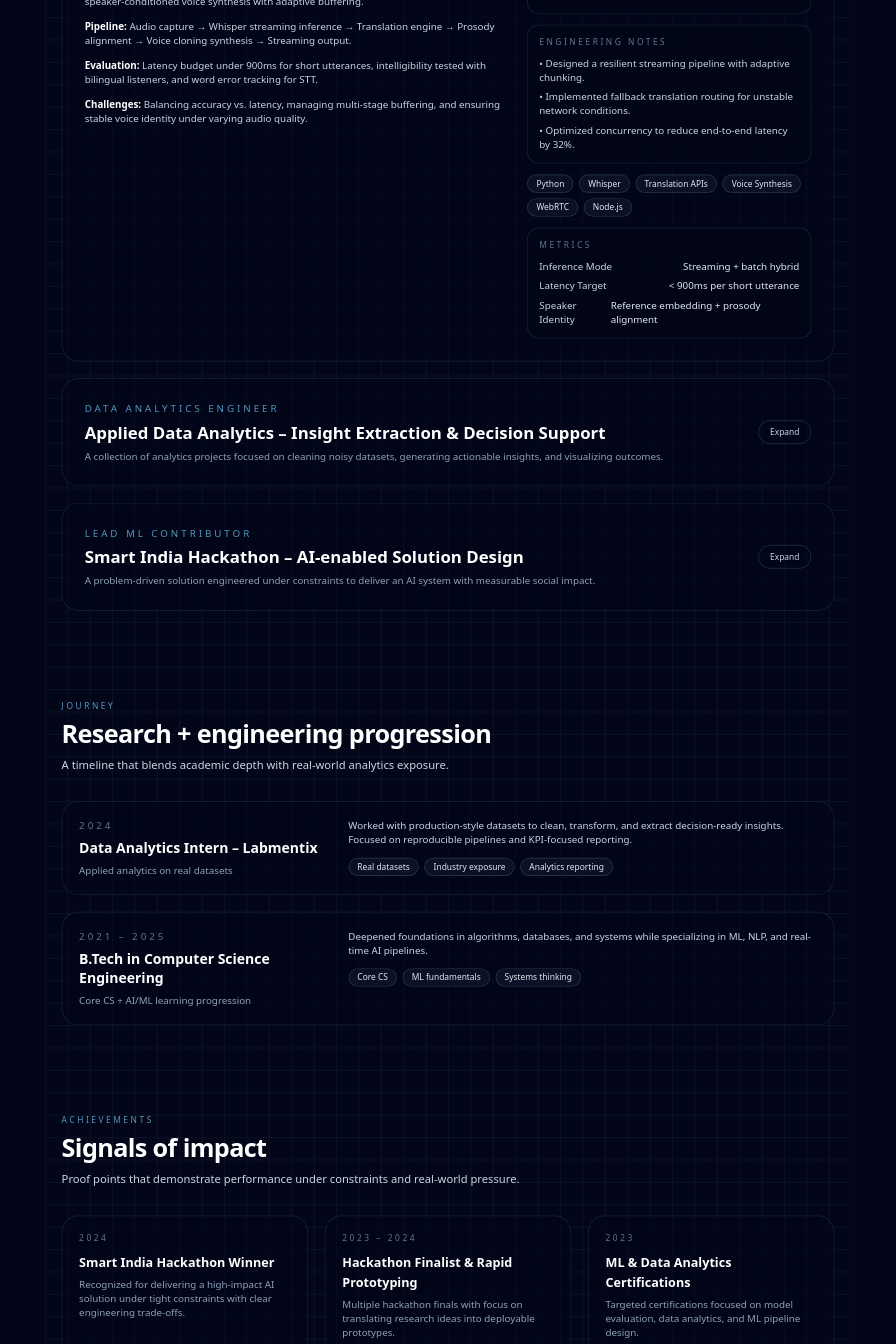
Repository: amitkumar0509/amit-portfolio
Page: /
These files come from the project's save history. The page is drawn as it stood at one moment and after the next save; the edit follows.
The browser window is 1280 px wide. The pictures show the part of the page from y = 3468 to 5388 px (the page is 7488 px tall before and 7618 px after), at 70% of full size.
The page's requests for data from a server got no answer. The project was rebuilt for these pictures with package versions that can differ from the ones it lists, and the page was loaded fresh each time. The framework's server and built-in components were replaced by stand-ins that run in the browser. No one was signed in, and anything a server would have sent is missing. Also part of the build but not shown: next.config.ts.

Above is the page before, as saved 2026-01-31 14:33:12.

### src/app/layout.tsx
import type { Metadata } from "next";
import { Geist, Geist_Mono } from "next/font/google";
import "./globals.css";

const geistSans = Geist({
  variable: "--font-geist-sans",
  subsets: ["latin"],
});

const geistMono = Geist_Mono({
  variable: "--font-geist-mono",
  subsets: ["latin"],
});

export const metadata: Metadata = {
  title: {
    default: "AI & Machine Learning Engineer | Real-Time Intelligent Systems",
    template: "%s | AI/ML Portfolio",
  },
  description:
    "Production-grade portfolio showcasing ML pipelines, data analytics, and real-time AI systems engineering.",
  metadataBase: new URL("https://example.com"),
  openGraph: {
    title: "AI & Machine Learning Engineer | Real-Time Intelligent Systems",
    description:
      "Production-grade portfolio with ML pipelines, data-driven systems, and real-time AI engineering.",
    type: "website",
  },
  robots: {
    index: true,
    follow: true,
  },
};

export default function RootLayout({
  children,
}: Readonly<{
  children: React.ReactNode;
}>) {
  return (
    <html lang="en">
      <body
        className={`${geistSans.variable} ${geistMono.variable} bg-slate-950 text-slate-100 antialiased`}
      >
        {children}
      </body>
    </html>
  );
}

### src/app/page.tsx
import { Hero } from "@/components/sections/Hero";
import { About } from "@/components/sections/About";
import { Skills } from "@/components/sections/Skills";
import { Projects } from "@/components/sections/Projects";
import { ExperienceTimeline } from "@/components/sections/ExperienceTimeline";
import { Achievements } from "@/components/sections/Achievements";
import { GitHubSignals } from "@/components/sections/GitHubSignals";
import { Contact } from "@/components/sections/Contact";
import { ModelPipelineExplorer } from "@/components/sections/ModelPipelineExplorer";
import { TerminalPanel } from "@/components/sections/TerminalPanel";
import { AIAssistant } from "@/components/sections/AIAssistant";
import { Nav } from "@/components/layout/Nav";
import { Footer } from "@/components/layout/Footer";

export default function Home() {
  return (
    <div className="min-h-screen bg-slate-950 text-white">
      <Nav />
      <main className="lab-grid mx-auto max-w-6xl px-6">
        <Hero />
        <About />
        <Skills />
        <ModelPipelineExplorer />
        <Projects />
        <ExperienceTimeline />
        <Achievements />
        <GitHubSignals />
        <TerminalPanel />
        <AIAssistant />
        <Contact />
      </main>
      <Footer />
    </div>
  );
}

### src/app/globals.css
@import "tailwindcss";

:root {
  --background: #030712;
  --foreground: #e2e8f0;
  --accent: #38bdf8;
  --accent-strong: #6366f1;
}

@theme inline {
  --color-background: var(--background);
  --color-foreground: var(--foreground);
  --font-sans: var(--font-geist-sans);
  --font-mono: var(--font-geist-mono);
}

body {
  background: var(--background);
  color: var(--foreground);
  font-family: var(--font-sans), Arial, Helvetica, sans-serif;
}

::selection {
  background: rgba(56, 189, 248, 0.35);
  color: #f8fafc;
}

.lab-grid {
  background-image: linear-gradient(
      rgba(15, 23, 42, 0.7) 1px,
      transparent 1px
    ),
    linear-gradient(90deg, rgba(15, 23, 42, 0.7) 1px, transparent 1px);
  background-size: 32px 32px;
}

### src/components/sections/About.tsx
import { SectionHeader } from "@/components/common/SectionHeader";

export function About() {
  return (
    <section id="about" className="scroll-mt-24 py-16">
      <div className="rounded-3xl border border-slate-800/80 bg-slate-950/60 p-10">
        <SectionHeader
          eyebrow="About"
          title="Engineering-first ML practitioner"
          description="I build real-time ML systems with a strong foundation in core CS, data analytics, and deployment-aware engineering."
        />
        <div className="mt-8 grid gap-6 text-sm text-slate-300 lg:grid-cols-2">
          <p>
            Strong computer science fundamentals anchor every system I build:
            reliable data structures, algorithmic efficiency, and careful
            complexity analysis. This foundation helps me ship ML workflows that
            are maintainable, testable, and production-ready.
          </p>
          <p>
            My experience spans hackathon problem-solving and internship exposure
            to real datasets. I focus on clean preprocessing, robust pipelines,
            and measurable outcomes rather than buzzwords. The result is ML
            systems that are explainable, fast, and deployable under real-world
            constraints.
          </p>
        </div>
      </div>
    </section>
  );
}

### src/components/sections/Projects.tsx
import { SectionHeader } from "@/components/common/SectionHeader";
import { Pill } from "@/components/common/Pill";
import { projects } from "@/data/projects";

function LingoLiveDiagram() {
  return (
    <svg
      viewBox="0 0 640 220"
      className="h-40 w-full rounded-2xl border border-slate-800/80 bg-slate-950/70"
      aria-label="LingoLive system architecture"
    >
      <defs>
        <linearGradient id="flow" x1="0" x2="1" y1="0" y2="0">
          <stop offset="0%" stopColor="#38bdf8" />
          <stop offset="100%" stopColor="#6366f1" />
        </linearGradient>
      </defs>
      <rect x="20" y="40" width="130" height="50" rx="14" fill="#0f172a" />
      <text x="35" y="70" fill="#e2e8f0" fontSize="12">
        Audio Stream
      </text>
      <rect x="190" y="20" width="130" height="50" rx="14" fill="#0f172a" />
      <text x="215" y="50" fill="#e2e8f0" fontSize="12">
        Whisper STT
      </text>
      <rect x="190" y="100" width="130" height="50" rx="14" fill="#0f172a" />
      <text x="205" y="130" fill="#e2e8f0" fontSize="12">
        Translation
      </text>
      <rect x="360" y="60" width="130" height="50" rx="14" fill="#0f172a" />
      <text x="380" y="90" fill="#e2e8f0" fontSize="12">
        Voice Clone
      </text>
      <rect x="520" y="40" width="100" height="50" rx="14" fill="#0f172a" />
      <text x="540" y="70" fill="#e2e8f0" fontSize="12">
        Output
      </text>
      <path d="M150 65 L190 45" stroke="url(#flow)" strokeWidth="2" />
      <path d="M150 65 L190 125" stroke="url(#flow)" strokeWidth="2" />
      <path d="M320 45 L360 75" stroke="url(#flow)" strokeWidth="2" />
      <path d="M320 125 L360 85" stroke="url(#flow)" strokeWidth="2" />
      <path d="M490 85 L520 65" stroke="url(#flow)" strokeWidth="2" />
    </svg>
  );
}

function AnalyticsDiagram() {
  return (
    <svg
      viewBox="0 0 640 200"
      className="h-36 w-full rounded-2xl border border-slate-800/80 bg-slate-950/70"
      aria-label="Analytics pipeline"
    >
      <rect x="20" y="70" width="120" height="40" rx="12" fill="#0f172a" />
      <rect x="180" y="70" width="120" height="40" rx="12" fill="#0f172a" />
      <rect x="340" y="70" width="120" height="40" rx="12" fill="#0f172a" />
      <rect x="500" y="70" width="120" height="40" rx="12" fill="#0f172a" />
      <text x="35" y="95" fill="#e2e8f0" fontSize="12">
        Ingestion
      </text>
      <text x="200" y="95" fill="#e2e8f0" fontSize="12">
        Cleaning
      </text>
      <text x="360" y="95" fill="#e2e8f0" fontSize="12">
        Features
      </text>
      <text x="520" y="95" fill="#e2e8f0" fontSize="12">
        Insights
      </text>
      <path d="M140 90 L180 90" stroke="#38bdf8" strokeWidth="2" />
      <path d="M300 90 L340 90" stroke="#38bdf8" strokeWidth="2" />
      <path d="M460 90 L500 90" stroke="#38bdf8" strokeWidth="2" />
    </svg>
  );
}

function HackathonDiagram() {
  return (
    <svg
      viewBox="0 0 640 200"
      className="h-36 w-full rounded-2xl border border-slate-800/80 bg-slate-950/70"
      aria-label="Hackathon solution lifecycle"
    >
      <circle cx="120" cy="100" r="40" fill="#0f172a" />
      <circle cx="320" cy="60" r="40" fill="#0f172a" />
      <circle cx="520" cy="120" r="40" fill="#0f172a" />
      <text x="90" y="105" fill="#e2e8f0" fontSize="12">
        Scope
      </text>
      <text x="295" y="65" fill="#e2e8f0" fontSize="12">
        Prototype
      </text>
      <text x="495" y="125" fill="#e2e8f0" fontSize="12">
        Deploy
      </text>
      <path d="M160 100 L280 70" stroke="#6366f1" strokeWidth="2" />
      <path d="M360 70 L480 110" stroke="#38bdf8" strokeWidth="2" />
    </svg>
  );
}

const diagramMap = {
  lingolive: <LingoLiveDiagram />,
  "data-analytics": <AnalyticsDiagram />,
  sih: <HackathonDiagram />,
};

export function Projects() {
  return (
    <section id="projects" className="scroll-mt-24 py-16">
      <SectionHeader
        eyebrow="Projects"
        title="Production-minded AI systems"
        description="Deep dives into real-time AI pipelines, data analytics workflows, and impact-driven ML solutions."
      />
      <div className="mt-10 space-y-6">
        {projects.map((project) => (
          <details
            key={project.id}
            className="group rounded-3xl border border-slate-800/80 bg-slate-950/60 p-8"
            open={project.id === "lingolive"}
          >
            <summary className="flex cursor-pointer list-none items-center justify-between gap-4">
              <div>
                <p className="text-sm uppercase tracking-[0.3em] text-sky-300/70">
                  {project.role}
                </p>
                <h3 className="mt-2 text-2xl font-semibold text-white">
                  {project.name}
                </h3>
                <p className="mt-2 text-sm text-slate-400">{project.summary}</p>
              </div>
              <span className="rounded-full border border-slate-700/80 px-4 py-2 text-xs text-slate-300 transition group-open:border-sky-400/70">
                Expand
              </span>
            </summary>
            <div className="mt-8 grid gap-6 lg:grid-cols-[1.2fr_0.8fr]">
              <div className="space-y-4 text-sm text-slate-300">
                <p>
                  <span className="font-semibold text-white">Problem:</span>{" "}
                  {project.problem}
                </p>
                <p>
                  <span className="font-semibold text-white">Dataset:</span>{" "}
                  {project.dataset}
                </p>
                <p>
                  <span className="font-semibold text-white">Approach:</span>{" "}
                  {project.approach}
                </p>
                <p>
                  <span className="font-semibold text-white">Pipeline:</span>{" "}
                  {project.pipeline}
                </p>
                <p>
                  <span className="font-semibold text-white">Evaluation:</span>{" "}
                  {project.evaluation}
                </p>
                <p>
                  <span className="font-semibold text-white">Challenges:</span>{" "}
                  {project.challenges}
                </p>
              </div>
              <div className="space-y-4">
                {diagramMap[project.id as keyof typeof diagramMap]}
                <div className="rounded-2xl border border-slate-800/80 bg-slate-950/70 p-4">
                  <p className="text-xs uppercase tracking-[0.3em] text-slate-500">
                    Engineering notes
                  </p>
                  <ul className="mt-3 space-y-2 text-sm text-slate-300">
                    {project.highlights.map((item) => (
                      <li key={item}>• {item}</li>
                    ))}
                  </ul>
                </div>
                <div className="flex flex-wrap gap-2">
                  {project.stack.map((tech) => (
                    <Pill key={tech}>{tech}</Pill>
                  ))}
                </div>
                <div className="rounded-2xl border border-slate-800/80 bg-slate-950/70 p-4">
                  <p className="text-xs uppercase tracking-[0.3em] text-slate-500">
                    Metrics
                  </p>
                  <div className="mt-3 space-y-2 text-sm text-slate-300">
                    {project.details.map((detail) => (
                      <div
                        key={detail.label}
                        className="flex items-center justify-between"
                      >
                        <span>{detail.label}</span>
                        <span className="text-slate-200">{detail.value}</span>
                      </div>
                    ))}
                  </div>
                </div>
              </div>
            </div>
          </details>
        ))}
      </div>
    </section>
  );
}

### src/components/sections/Achievements.tsx
import { SectionHeader } from "@/components/common/SectionHeader";
import { achievements } from "@/data/achievements";

export function Achievements() {
  return (
    <section id="achievements" className="scroll-mt-24 py-16">
      <SectionHeader
        eyebrow="Achievements"
        title="Signals of impact"
        description="Proof points that demonstrate performance under constraints and real-world pressure."
      />
      <div className="mt-10 grid gap-6 md:grid-cols-3">
        {achievements.map((achievement) => (
          <div
            key={achievement.id}
            className="rounded-3xl border border-slate-800/80 bg-slate-950/60 p-6"
          >
            <p className="text-xs uppercase tracking-[0.3em] text-slate-500">
              {achievement.year}
            </p>
            <h3 className="mt-3 text-lg font-semibold text-white">
              {achievement.title}
            </h3>
            <p className="mt-2 text-sm text-slate-400">
              {achievement.description}
            </p>
          </div>
        ))}
      </div>
    </section>
  );
}

### src/components/sections/AIAssistant.tsx
"use client";

import { SectionHeader } from "@/components/common/SectionHeader";

export function AIAssistant() {
  return (
    <section id="assistant" className="scroll-mt-24 py-16">
      <SectionHeader
        eyebrow="AI Assistant"
        title="Ask about my ML projects"
        description="A placeholder for future conversational retrieval over project documentation."
      />
      <div className="mt-10 rounded-3xl border border-slate-800/80 bg-slate-950/60 p-6">
        <div className="rounded-2xl border border-slate-800/80 bg-slate-950/70 p-4 text-sm text-slate-300">
          AI assistant is offline. This space will host a retrieval-augmented
          assistant for model pipelines, datasets, and experiment results.
        </div>
        <div className="mt-4 flex flex-col gap-3 sm:flex-row">
          <input
            type="text"
            placeholder="Ask about LingoLive, models, or datasets"
            className="flex-1 rounded-full border border-slate-700/80 bg-slate-950/80 px-4 py-3 text-sm text-slate-200 placeholder:text-slate-500"
          />
          <button
            type="button"
            className="rounded-full bg-sky-400/90 px-6 py-3 text-sm font-semibold text-slate-950"
          >
            Ask
          </button>
        </div>
      </div>
    </section>
  );
}

### src/components/layout/Nav.tsx
export function Nav() {
  const links = [
    { href: "#about", label: "About" },
    { href: "#skills", label: "Skills" },
    { href: "#projects", label: "Projects" },
    { href: "#experience", label: "Journey" },
    { href: "#github", label: "GitHub" },
    { href: "#contact", label: "Contact" },
  ];

  return (
    <header className="sticky top-0 z-40 border-b border-slate-900/80 bg-slate-950/70 backdrop-blur">
      <div className="mx-auto flex max-w-6xl items-center justify-between px-6 py-4">
        <div>
          <p className="text-sm font-semibold text-white">
            AI/ML Systems Engineer
          </p>
          <p className="text-xs text-slate-500">
            Real-time AI • Data pipelines • ML deployment
          </p>
        </div>
        <nav className="hidden gap-6 text-xs uppercase tracking-[0.25em] text-slate-400 md:flex">
          {links.map((link) => (
            <a key={link.href} href={link.href} className="hover:text-slate-200">
              {link.label}
            </a>
          ))}
        </nav>
      </div>
    </header>
  );
}

### src/components/layout/Footer.tsx
export function Footer() {
  return (
    <footer className="border-t border-slate-900/80 py-10">
      <div className="mx-auto flex max-w-6xl flex-col items-center justify-between gap-4 px-6 text-xs text-slate-500 sm:flex-row">
        <p>© 2026 AI/ML Portfolio. Built for research-grade engineering.</p>
        <div className="flex gap-4">
          <a href="#projects" className="hover:text-slate-200">
            Projects
          </a>
          <a href="#contact" className="hover:text-slate-200">
            Contact
          </a>
        </div>
      </div>
    </footer>
  );
}

### src/components/common/SectionHeader.tsx
import type { ReactNode } from "react";

type SectionHeaderProps = {
  eyebrow: string;
  title: string;
  description?: ReactNode;
};

export function SectionHeader({ eyebrow, title, description }: SectionHeaderProps) {
  return (
    <div className="space-y-3">
      <p className="text-xs uppercase tracking-[0.3em] text-sky-300/70">
        {eyebrow}
      </p>
      <h2 className="text-3xl font-semibold tracking-tight text-white sm:text-4xl">
        {title}
      </h2>
      {description ? (
        <p className="max-w-2xl text-base text-slate-300">{description}</p>
      ) : null}
    </div>
  );
}

### src/components/common/Pill.tsx
import type { ReactNode } from "react";

type PillProps = {
  children: ReactNode;
};

export function Pill({ children }: PillProps) {
  return (
    <span className="rounded-full border border-slate-700/80 bg-slate-900/70 px-3 py-1 text-xs font-medium text-slate-200">
      {children}
    </span>
  );
}

### src/data/timeline.ts
import type { TimelineItem } from "@/types/portfolio";

export const timeline: TimelineItem[] = [
  {
    id: "labmentix",
    title: "Data Analytics Intern – Labmentix",
    subtitle: "Applied analytics on real datasets",
    period: "2024",
    description:
      "Worked with production-style datasets to clean, transform, and extract decision-ready insights. Focused on reproducible pipelines and KPI-focused reporting.",
    signals: ["Real datasets", "Industry exposure", "Analytics reporting"],
  },
  {
    id: "btech",
    title: "B.Tech in Computer Science Engineering",
    subtitle: "Core CS + AI/ML learning progression",
    period: "2021 – 2025",
    description:
      "Deepened foundations in algorithms, databases, and systems while specializing in ML, NLP, and real-time AI pipelines.",
    signals: ["Core CS", "ML fundamentals", "Systems thinking"],
  },
];

### src/data/achievements.ts
import type { Achievement } from "@/types/portfolio";

export const achievements: Achievement[] = [
  {
    id: "sih-winner",
    title: "Smart India Hackathon Winner",
    description:
      "Recognized for delivering a high-impact AI solution under tight constraints with clear engineering trade-offs.",
    year: "2024",
  },
  {
    id: "hackathons",
    title: "Hackathon Finalist & Rapid Prototyping",
    description:
      "Multiple hackathon finals with focus on translating research ideas into deployable prototypes.",
    year: "2023 – 2024",
  },
  {
    id: "certs",
    title: "ML & Data Analytics Certifications",
    description:
      "Targeted certifications focused on model evaluation, data analytics, and ML pipeline design.",
    year: "2023",
  },
];

### src/lib/github.ts
type GitHubProfile = {
  login: string;
  avatar_url: string;
  html_url: string;
  public_repos: number;
  followers: number;
};

type GitHubRepo = {
  id: number;
  name: string;
  html_url: string;
  description: string | null;
  stargazers_count: number;
  language: string | null;
};

const githubUser = process.env.GITHUB_USERNAME ?? "octocat";

const githubHeaders = () => {
  const headers: Record<string, string> = {
    Accept: "application/vnd.github+json",
  };
  if (process.env.GITHUB_TOKEN) {
    headers.Authorization = `Bearer ${process.env.GITHUB_TOKEN}`;
  }
  return headers;
};

export async function getGitHubProfile() {
  const response = await fetch(`https://api.github.com/users/${githubUser}`, {
    headers: githubHeaders(),
    next: { revalidate: 3600 },
  });

  if (!response.ok) {
    throw new Error("Failed to fetch GitHub profile");
  }

  return (await response.json()) as GitHubProfile;
}

export async function getGitHubRepos() {
  const response = await fetch(
    `https://api.github.com/users/${githubUser}/repos?per_page=6&sort=updated`,
    {
      headers: githubHeaders(),
      next: { revalidate: 3600 },
    }
  );

  if (!response.ok) {
    throw new Error("Failed to fetch GitHub repositories");
  }

  const repos = (await response.json()) as GitHubRepo[];

  return repos.filter((repo) => !repo.name.includes("fork"));
}

### src/data/terminal.ts
import type { TerminalCommand } from "@/types/portfolio";

export const terminalCommands: TerminalCommand[] = [
  {
    id: "explain-lingolive",
    command: "explain lingolive",
    output: [
      "Pipeline: audio → Whisper STT → translation routing → prosody alignment → voice cloning → stream",
      "Latency target: < 900ms for short utterances",
      "Focus: preserve speaker identity while maintaining intelligibility",
    ],
  },
  {
    id: "list-models",
    command: "list models",
    output: [
      "- Whisper (streaming speech-to-text)",
      "- Transformer-based translation model",
      "- Speaker-conditioned voice synthesis",
      "- Evaluation harness (WER, MOS, latency budget)",
    ],
  },
  {
    id: "show-skills",
    command: "show skills",
    output: [
      "Core: Python, SQL, Data Structures, Algorithms",
      "Data: Pandas, NumPy, Feature Engineering, EDA",
      "ML: Supervised/Unsupervised, NLP, Whisper, Translation, Voice Cloning",
      "Engineering: Git, APIs, Deployment awareness",
    ],
  },
];

Loaded but not shown: src/components/sections/Contact.tsx (145 lines, source omitted); src/data/projects.ts (101 lines, source omitted); src/components/sections/GitHubSignals.tsx (87 lines, source omitted); src/components/sections/Hero.tsx (83 lines, source omitted); src/components/sections/Skills.tsx (84 lines, source omitted); src/components/sections/ModelPipelineExplorer.tsx (87 lines, source omitted); src/components/sections/TerminalPanel.tsx (51 lines, source omitted); src/components/three/NeuralScene.tsx (56 lines, source omitted); src/components/sections/ExperienceTimeline.tsx (41 lines, source omitted); src/data/skills.ts (49 lines, source omitted)

After the next save:
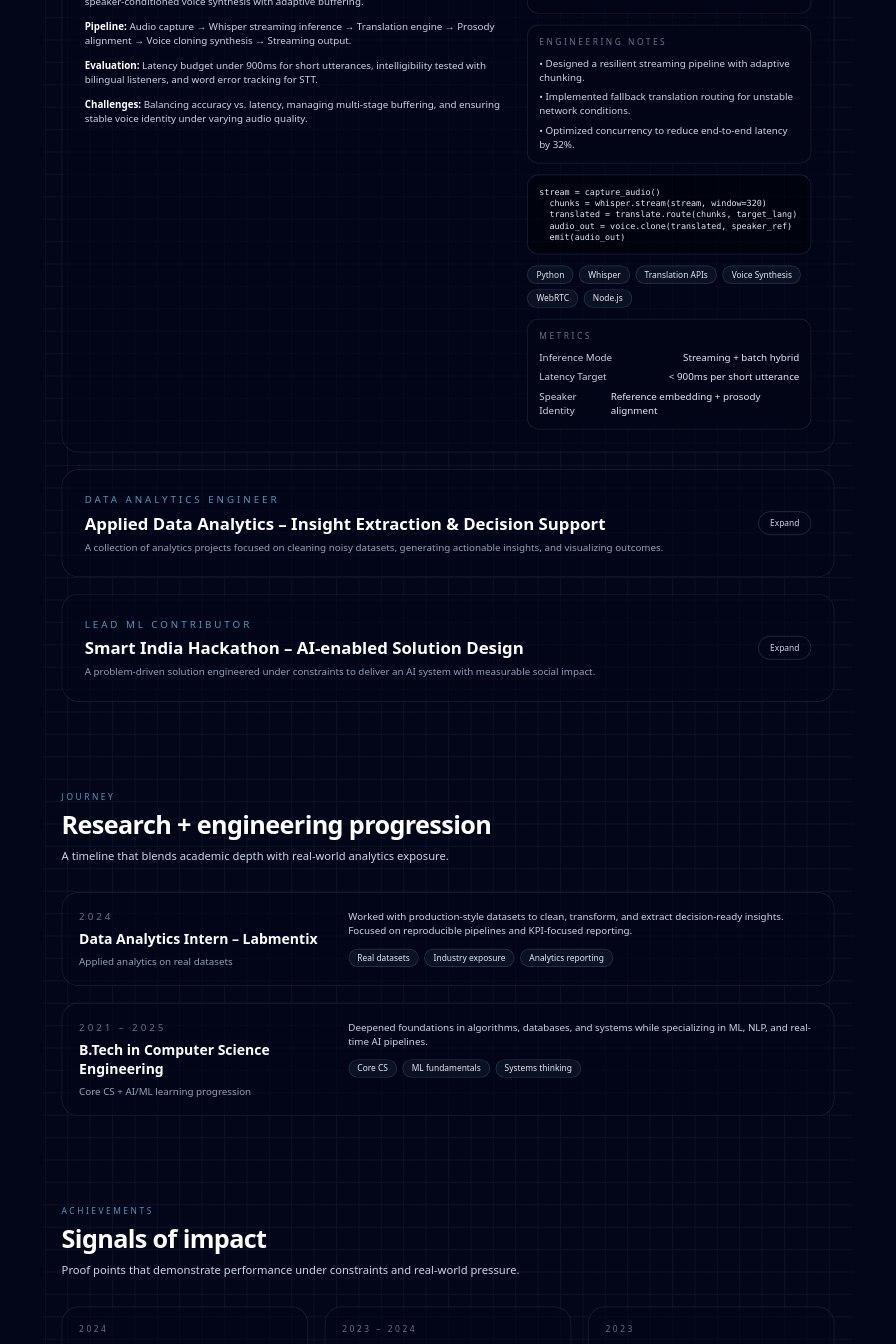
Saved 20 s later.
--- a/src/components/sections/Projects.tsx
+++ b/src/components/sections/Projects.tsx
@@ -173,6 +173,15 @@ export function Projects() {
                     ))}
                   </ul>
                 </div>
+                  {project.id === "lingolive" ? (
+                    <pre className="rounded-2xl border border-slate-800/80 bg-black/40 p-4 text-xs text-slate-200">
+  {`stream = capture_audio()
+  chunks = whisper.stream(stream, window=320)
+  translated = translate.route(chunks, target_lang)
+  audio_out = voice.clone(translated, speaker_ref)
+  emit(audio_out)`}
+                    </pre>
+                  ) : null}
                 <div className="flex flex-wrap gap-2">
                   {project.stack.map((tech) => (
                     <Pill key={tech}>{tech}</Pill>
